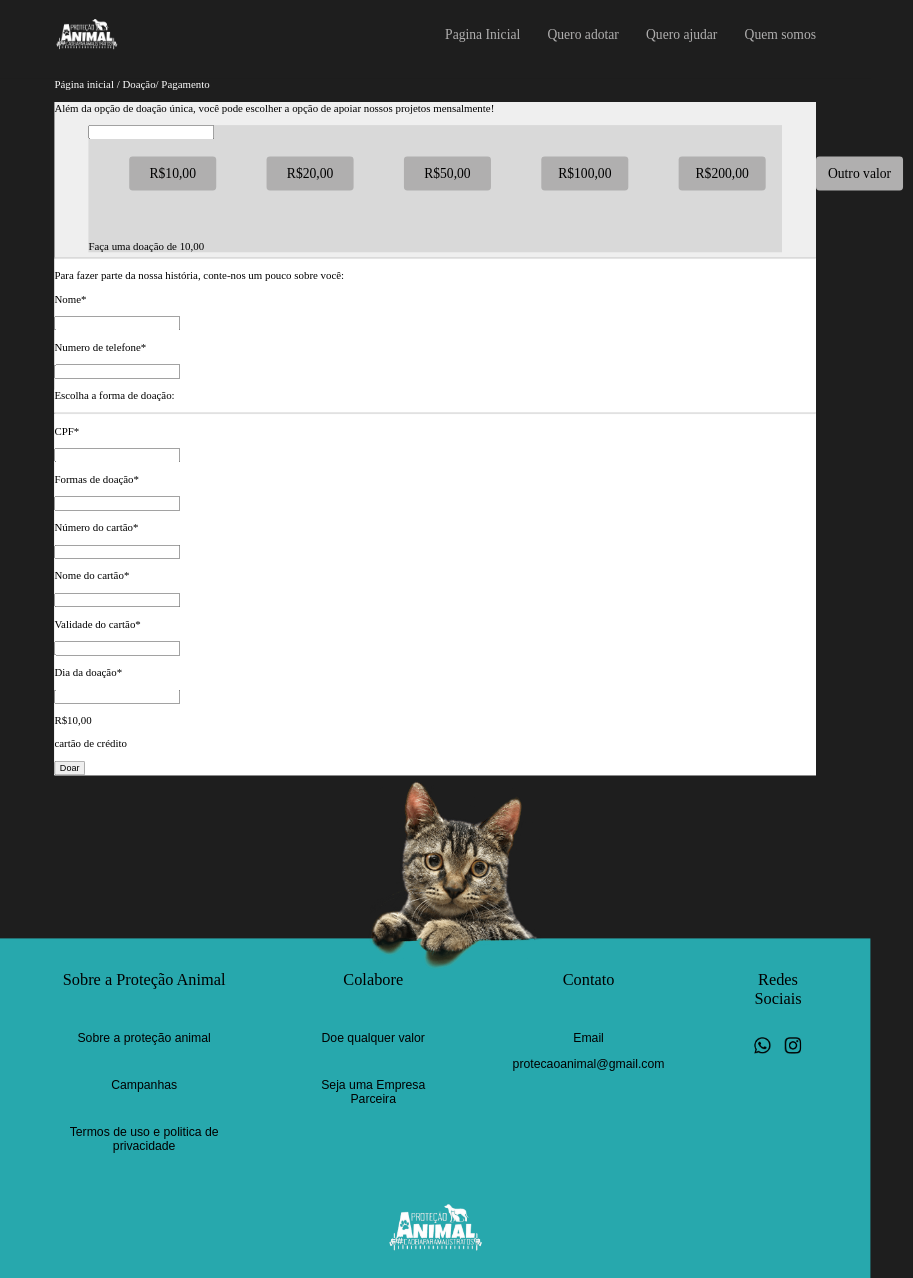
Repository: edjunior-nascimento/protecao-animal-web
Page: src/pages/formulario-doacao/index.html
The author's editor kept a copy of each file at every save. The page is drawn from the files as they stood at one save, then again after the next save.
The browser window is 1280 px wide. The page is 1342 px wide, so the pictures cover 1342 px, including what lies to the right of the window. The pictures show the whole page, at 68% of full size.

Above is the page before, as saved 2025-03-06 03:33:14.

### src/pages/formulario-doacao/index.html
<!DOCTYPE html>
<html lang="pt">

<head>
    <meta charset="UTF-8">
    <meta name="viewport" content="width=device-width, initial-scale=1.0">
    <title>Proteção Animal</title>
    <link rel="preconnect" href="https://fonts.googleapis.com" />
    <link rel="preconnect" href="https://fonts.gstatic.com" crossorigin />
    <meta name="viewport" content="width=device-width, initial-scale=1.0" />
    <link rel="stylesheet" href="./style.css" />
    <link>
</head>

<body>
    <header>
        <div><img class="logo" src="/src/pages/images/logo.png" alt="logo Protecao animal" /></div>
        <nav>
            <ul>
                <li>
                    <a href="#">
                        <p>Pagina Inicial</p>
                    </a>
                </li>
                <li>
                    <a href="#">
                        <p>Quero adotar</p>
                    </a>
                </li>
                <li>
                    <a href="#">
                        <p>Quero ajudar</p>
                    </a>
                </li>
                <li>
                    <a href="#">
                        <p>Quem somos</p>
                    </a>
                </li>
            </ul>
        </nav>
    </header>
    <main>
        <div class="title">
            <p>Página inicial / Doação/ Pagamento</p>
        </div>
        <div class="container">
            <div class="sub-title">
                <p>Além da opção de doação única, você pode escolher a opção de apoiar nossos projetos mensalmente!
                </p>
            </div>
            <div class="valor">
                <div class="cota">
                    <input type="text">
                </div>
                <nav class="cota-inicial">
                    <ul>
                        <li>
                            <a href="#">R$10,00</a></a>
                        </li>
                        <li>
                            <a href="#">R$20,00</a>
                        </li>
                        <li>
                            <a href="#">R$50,00</a>
                        </li>
                        <li>
                            <a href="#">R$100,00</a>
                        </li>
                        <li>
                            <a href="#">R$200,00</a>
                        </li>
                        <li>
                            <a href="#">Outro valor</a>
                        </li>
                    </ul>
                </nav>
                <div class="res"><span>Faça uma doação de 10,00</span>
                </div>
            </div>

            <div class="card">
                <hr class="pri-line">
                <div class="sub-title">
                    <p>Para fazer parte da nossa história, conte-nos um pouco sobre você:</p>
                </div>
                <div class="dados">
                    <form action="/send" method="post" target="_blank">
                        <label>
                            <p>Nome<span class="ast">*</span></p>
                            <input type="text" name="Nome" id="Nome*">
                        </label>
                        <label>
                            <p>Numero de telefone<span class="ast">*</span></p>
                            <input type="text" name="telefone" id="telefone">
                        </label>
                    </form>
                </div>
                <div class="card">
                    <div class="sub-title">
                        <p>Escolha a forma de doação:</p>
                    </div>
                    <hr>
                    <form action="/send" method="post" target="_blank">
                        <label>
                            <p>CPF<span>*</span></p>
                            <input type="number" name="cpf" id="cpf">
                        </label>
                        <label>
                            <p>Formas de doação<span>*</span></p>
                            <input type="text" name="forme-doacao" id="forme-doacao"></p>
                        </label>
                        <label>
                            <p>Número do cartão<span>*</span></p>
                            <input type="number" name="cartao" id="cartao">
                        </label>
                        <label>
                            <p>Nome do cartão<span>*</span></p>
                            <input type="text" name="nome-cartao" id="nome-cartao">
                        </label>
                        <label>
                            <p>Validade do cartão<span>*</span></p>
                            <input type="text" name="" id="">
                        </label>
                        <label>
                            <p>Dia da doação<span>*</span></p>
                            <input type="number" name="data" id="data">
                        </label>
                    </form>
                    <div class="resultado">
                        <div class="retorno">
                            <div class="res/doacao">
                                <p>R$10,00</p>
                            </div>
                            <div class="forma/pagamento">
                                <p>cartão de crédito</p>
                            </div>
                        </div>
                        <button>Doar</button>
                    </div>
                </div>
            </div>
        </div>
    </main>
    <div class="gato"><img src="/src/pages/images/gato.png" alt=""></div>
    <footer>
        <div class="footer-container">
            <div class="footer-primary">
                <div class="footer-section-1">
                    <div>
                        <h4>Sobre a Proteção Animal</h4>
                    </div>
                    <div>
                        <p><a href="">Sobre a proteção animal</a></p>
                    </div>
                    <div>
                        <p><a href="">Campanhas</a></p>
                    </div>
                    <div>
                        <p><a href="">Termos de uso e politica de privacidade</a></p>
                    </div>
                </div>
                <div class="footer-section-2">
                    <div>
                        <h4>Colabore</h4>
                    </div>
                    <div>
                        <p><a href="">Doe qualquer valor</a></p>
                    </div>
                    <div>
                        <p><a href="">Seja uma Empresa Parceira</a></p>
                    </div>
                </div>
                <div class="footer-section-3">
                    <div>
                        <h4>Contato</h4>
                    </div>
                    <div>
                        <p>Email</p>
                        <p><a href="mailto:protecaoanimal@gmail.com">protecaoanimal@gmail.com</a></p>
                    </div>
                </div>
                <div class="footer-section-4">
                    <div>
                        <h4>Redes Sociais</h4>
                    </div>
                    <div class="social-icons">
                        <div>
                            <a href=""><img src="/src/pages/images/whatsAppIcon.png" alt="" /></a>
                        </div>
                        <div>
                            <a href=""><img src="/src/pages/images/instagramIcon.png" alt="" /></a>
                        </div>
                    </div>
                </div>
            </div>
        </div>
        <div class="footer-secondary">
            <img src="/src/pages/images/logo.png" alt="" />
        </div>
    </footer>
</body>

</html>

### src/pages/formulario-doacao/style.css
:root {
    --main-bg-color: #1e1e1e;
    --title-color: #27a8ad;
    --subtitle-color: #ffffff;
    --box-color: #ffffff;
    --link-nav-color: #ffffff;
    --card-title-color: #27a8ad;
    --footer-background: #27a8ad;
    --footer-font-color: #000000;
    --maim-color: #EFEFEF;
    --card-nav-color:#D9D9D9;
    --nav-valor:#B0AFAF;
  }
  body {
    height: max-content;
    font-family: "Jockey One", serif;
    font-style: normal;
    margin: 0px;
    padding: 0px;
    background-color: var(--main-bg-color);
  }

  a {
    text-decoration: none;
  }

  header {
    height: 100px;
    display: flex;
    flex-direction: row;
    justify-content: space-between;
    padding-inline: 80px
  }
  header div {
    display: flex;
    align-items: center;
  }
  .logo {
    height: 95px;
    width: auto;
  }
  nav {
    width: auto;
    height: 100px;
    display: flex;
    align-items: center;
  }
  nav ul {
    list-style-type: none;
    display: flex;
    gap: 40px;
  }
  nav ul li a {
    color: var(--nav-valor);
    font-size: 20px;
    background-color: var(--card-nav-color);
  }


main {
  background-color:var(--main-bg-color) ;
  padding-left: 80px;
  padding-right: 80px;
}
.cota-inicial a {
  color: var(--footer-font-color);
  width: 128px;
  height: 50px;
  display: inline-block;
  text-align: center;
  line-height: 50px;
  background-color: var(--nav-valor);
  margin-left: 20px;
  border-radius: 5px;
}
.cota-inicial li {
  height: 50px;
  width: 162px;
}
.cota-inicial li :hover {
  background-color: var(--footer-background);
  color: var(--box-color);
}
.res {
  margin-top: 48px;
}
  .primary-line {
    margin-top: 60px;
  }
.container {
  background-color: var(--maim-color);
}
.title {
  color: var(--subtitle-color);
}
.valor {
  margin-left: 50px;
  margin-right: 50px;
  background-color: var(--card-nav-color);
}
.valor nav {
  width: 100%;
}
.card {
  background-color: var(--box-color);
}




  .gato {
    margin-left: 42%;
    margin-bottom: -25px;
    height: 265px;
    max-width: auto;}

  footer {
    height: 500px;
    max-height: auto;
    background-color: var(--footer-background);
    padding-inline: 80px;
  }

  .footer-container {
      width: auto;
      height: 70%;
      display: flex;
      align-items: center;
      justify-content: center;
  }

  .footer-primary {
    display: flex;
    flex-direction: row;
    gap: 111px;
    align-items: flex-start;
    justify-content: center;
  }

  .footer-primary p a {
      color: var(--footer-font-color);
      font-family: "Arial", sans-serif;
  }

  .footer-primary h4 {
    font-size: 24px;
    font-weight: 400;
  }

  .footer-primary p {
      font-size: 18px;
      font-weight: 400;
      font-family: "Arial", sans-serif;
  }

  .footer-secondary {
    width: auto;
    height: 30%;
    display: flex;
    align-items: center;
    justify-content: center;
  }

  .footer-secondary img {
      height: 145px;
      width: auto
  }

  .footer-section-1, .footer-section-2, .footer-section-3, .footer-section-4 {
      display: flex;
      flex-direction: column;
      text-align: center;
      gap: 12px;
  }

  .footer-section-4 {
      align-items: center;
  }

  .social-icons {
      display: flex;
      flex-direction: row;
      gap: 20px;
  }

After the next save:
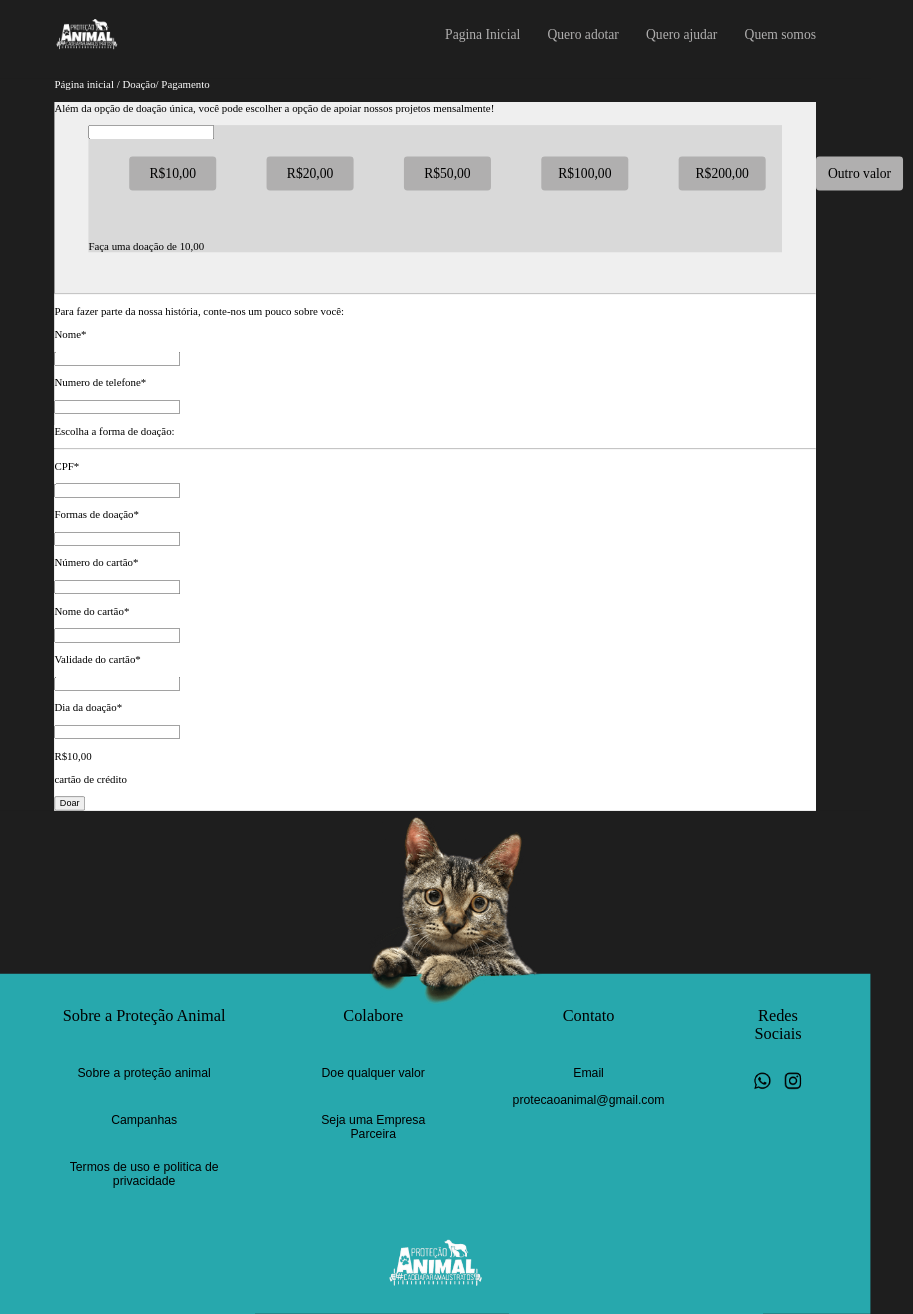
Saved 9 s later.
--- a/src/pages/formulario-doacao/style.css
+++ b/src/pages/formulario-doacao/style.css
@@ -84,7 +84,7 @@ main {
 .res {
   margin-top: 48px;
 }
-  .primary-line {
+  .pri-line {
     margin-top: 60px;
   }
 .container {
